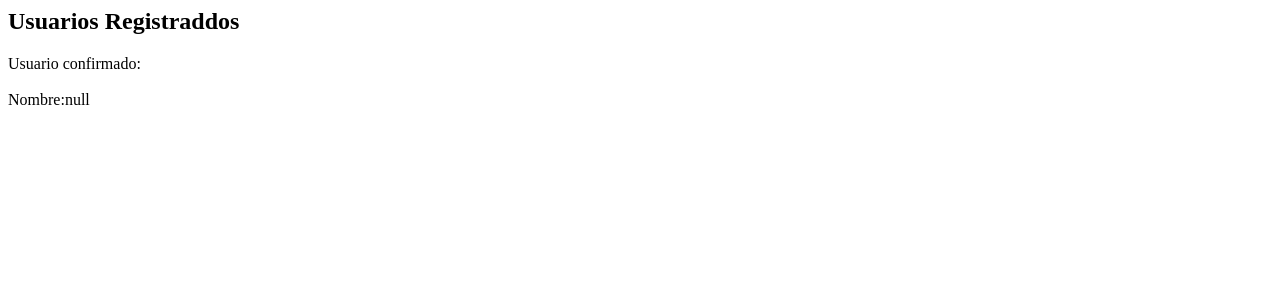
Repository: jchemile/varios
Page: http://localhost/Primeros_pasos_JSP/Registro.jsp
An editor plug-in stored every save of this project. The page is shown before and after the next save, followed by the edit.
The browser window is 1280 px wide. The pictures show the whole page.
The page is served by Tomcat 9. Other server files are loaded and not shown.

Above is the page before, as saved 2020-04-19 22:33:27.

### pildoras_informaticas/javaee/Primeros_pasos_JSP/WebContent/Registro.jsp
<html>
<body>

<h2>Usuarios Registraddos</h2>

Usuario confirmado: <br><br>

Nombre:<%= request.getParameter("nombre") %>


</body>
</html>

After the next save:
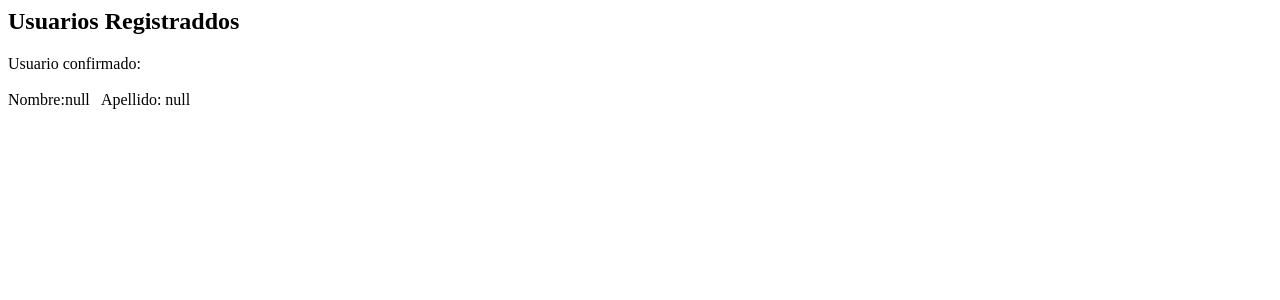
Saved 2 min 17 s later.
--- a/pildoras_informaticas/javaee/Primeros_pasos_JSP/WebContent/Registro.jsp
+++ b/pildoras_informaticas/javaee/Primeros_pasos_JSP/WebContent/Registro.jsp
@@ -5,7 +5,7 @@
 
 Usuario confirmado: <br><br>
 
-Nombre:<%= request.getParameter("nombre") %>
+Nombre:<%= request.getParameter("nombre") %> &nbsp; Apellido: <%= request.getParameter("apellido") %>
 
 
 </body>
